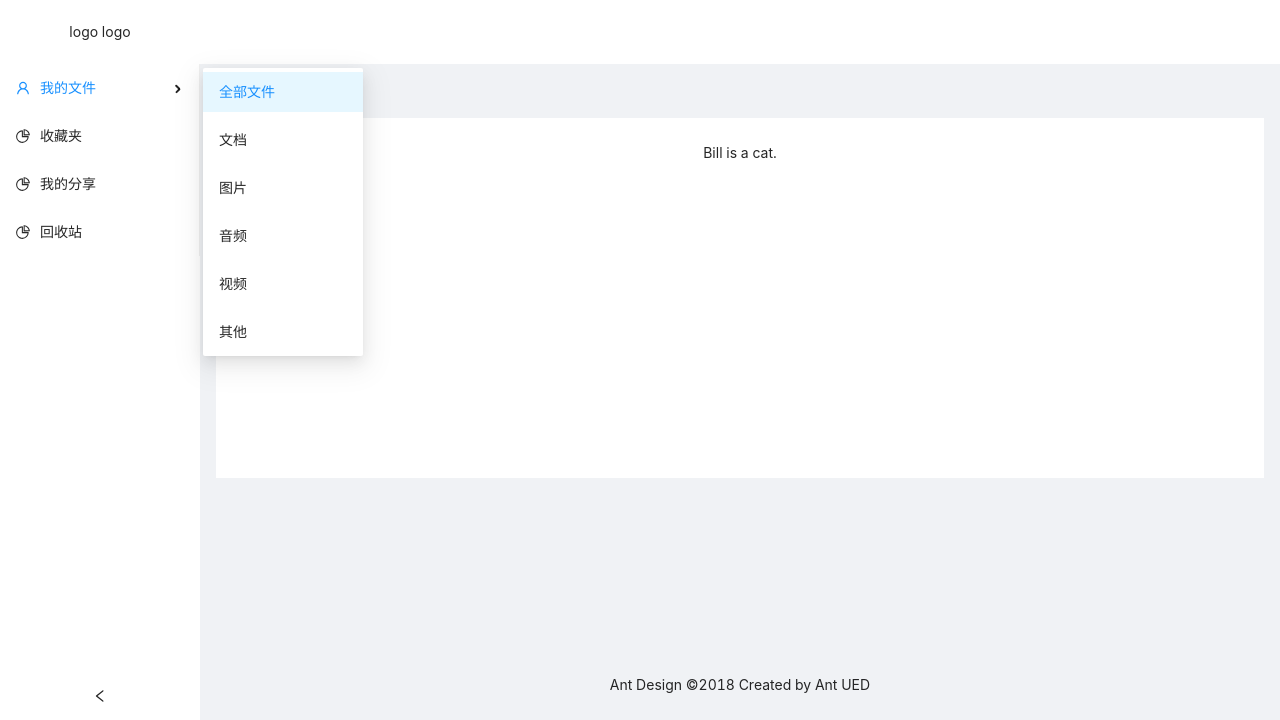
Repository: xstnet/starfire-cloud-fe
Page: /
These files come from the project's save history. The page is drawn as it stood at one moment and after the next save; the edit follows.
The browser window is 1280 px wide. The pictures show the whole page.
The project was rebuilt for these pictures with package versions that can differ from the ones it lists, and the page was loaded fresh each time.

Above is the page before, as saved 2021-09-12 16:39:10.

After the next save:
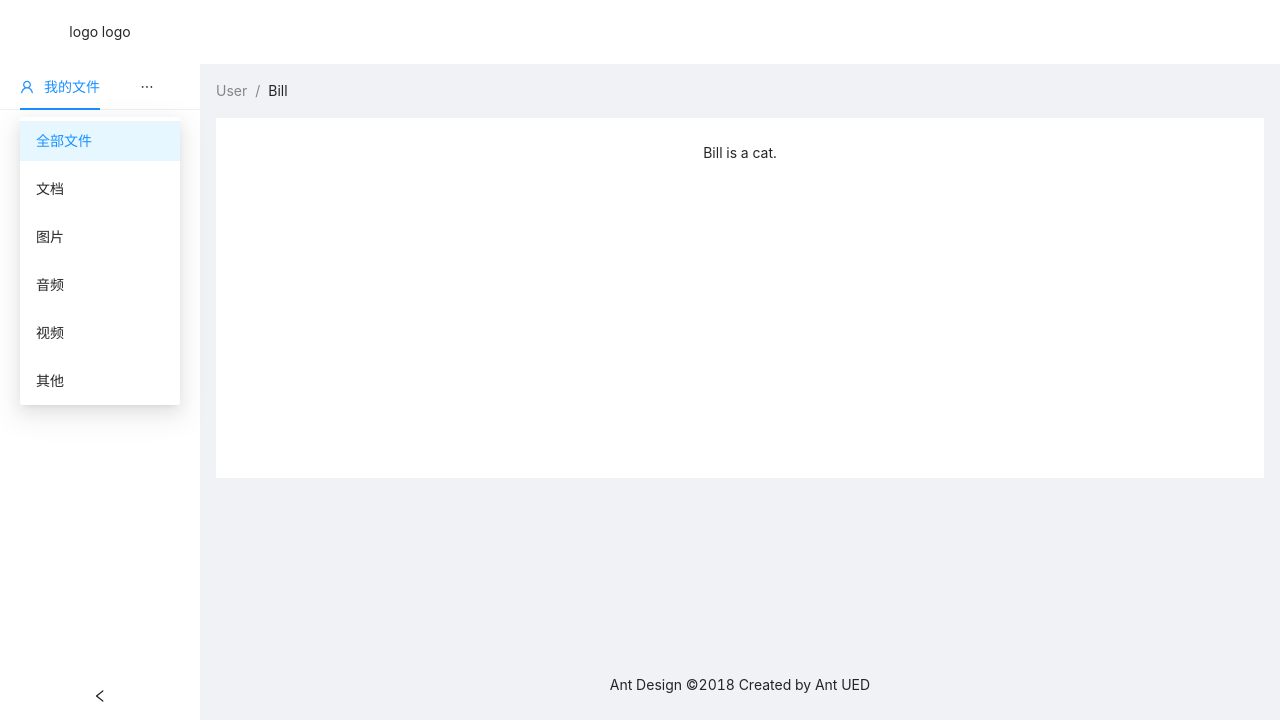
Saved 30 s later.
--- a/src/page/layout/main.jsx
+++ b/src/page/layout/main.jsx
@@ -27,7 +27,7 @@ class MainLayout extends React.Component {
           <div className="logo">
               logo logo
           </div>
-          <Menu defaultSelectedKeys={['all']} defaultOpenKeys={["my-file"]} mode="vertical">
+          <Menu defaultSelectedKeys={['all']} defaultOpenKeys={["my-file"]} mode="horizontal">
             <SubMenu key="my-file" icon={<UserOutlined />} title="我的文件">
               <Menu.Item key="all">全部文件</Menu.Item>
               <Menu.Item key="doc">文档</Menu.Item>
